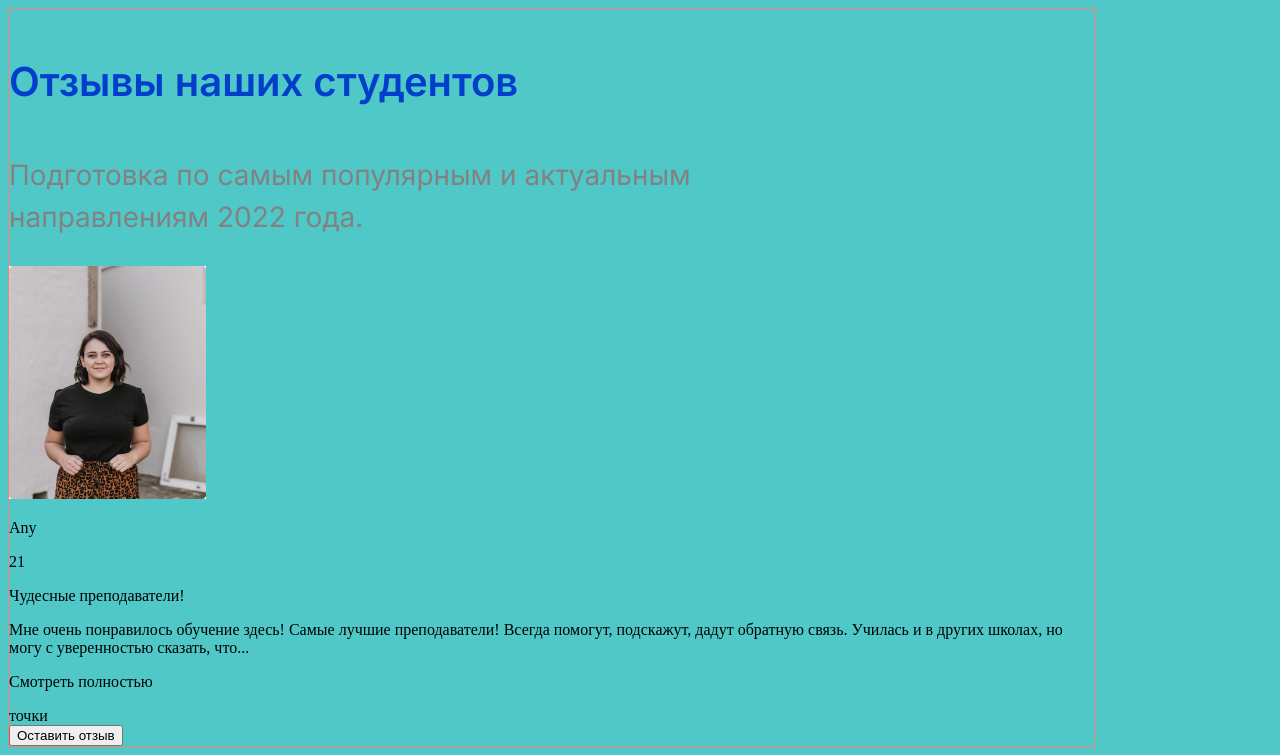
Repository: Malvuna/Studi
Page: index.html
These files come from the project's save history. The page is drawn as it stood at one moment and after the next save; the edit follows.
The browser window is 1280 px wide. The pictures show the whole page.

Above is the page before, as saved 2022-07-11 17:14:08.

After the next save:
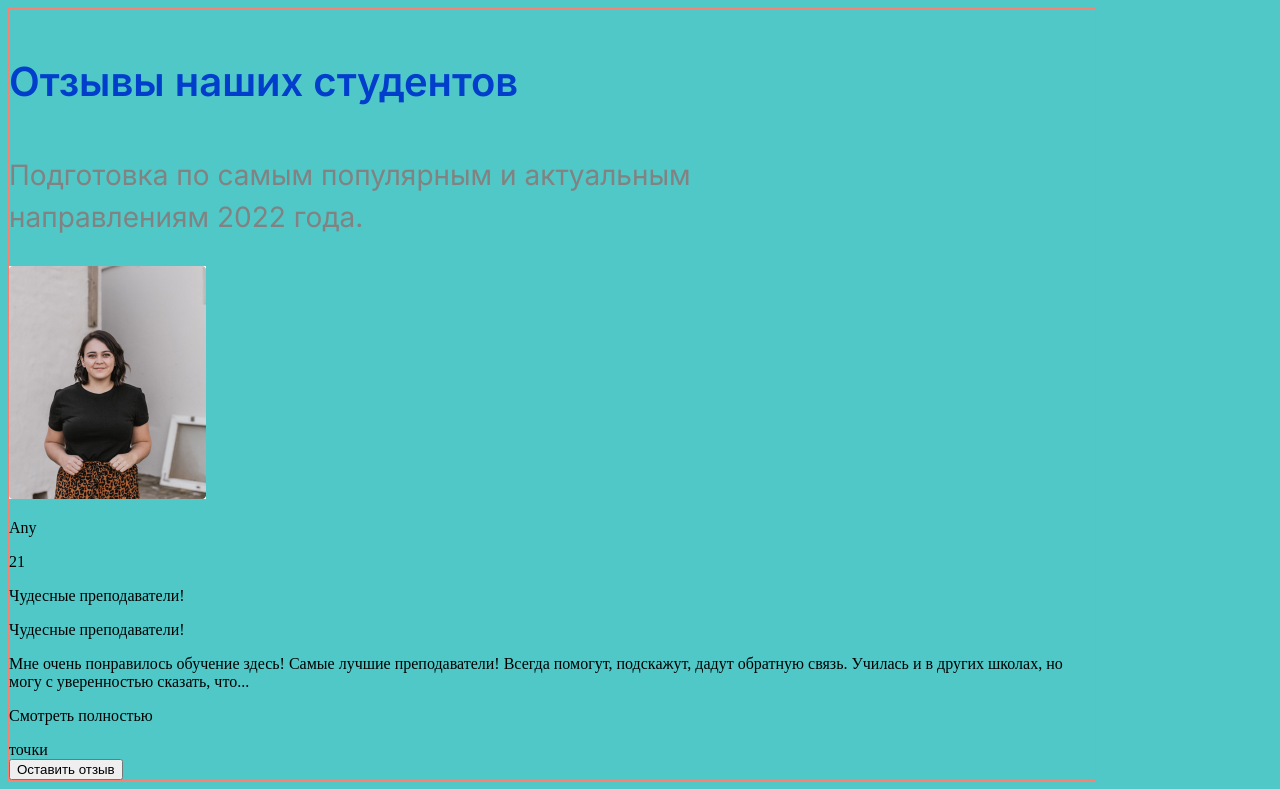
Saved 6 s later.
--- a/javascript/javascript.js
+++ b/javascript/javascript.js
@@ -35,8 +35,8 @@ textHead.innerHTML = "Чудесные преподаватели!";
 cardRight.append(textHead);
 
 let textStar = document.createElement("p");
-textHead.innerHTML = "Чудесные преподаватели!";
-cardRight.append(textHead);
+textStar.innerHTML = "Чудесные преподаватели!";
+cardRight.append(textStar);
 
 let textText = document.createElement("p");
 textText.innerHTML = "Мне очень понравилось  обучение здесь! Самые лучшие преподаватели! Всегда помогут, подскажут, дадут обратную связь. Училась и в других школах, но могу с уверенностью сказать, что...";
